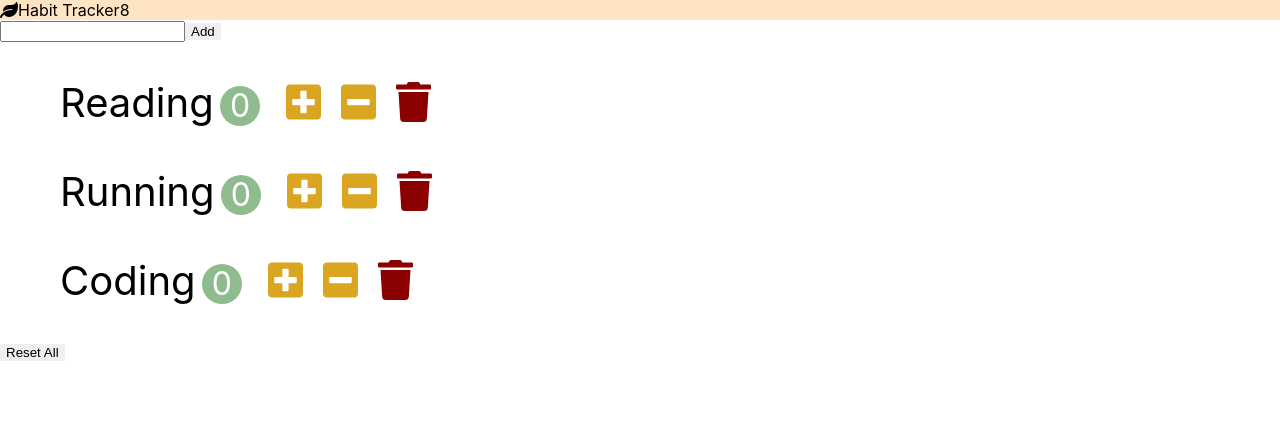
Repository: keehoonjung/react-habit-tracker
Page: / (app in react/habit-tracker/)
The author's editor kept a copy of each file at every save. The page is drawn from the files as they stood at one save, then again after the next save.
The browser window is 1280 px wide. The pictures show the whole page.
The project was rebuilt for these pictures with package versions that can differ from the ones it lists, and the page was loaded fresh each time.

Above is the page before, as saved 2021-08-30 18:28:12.

After the next save:
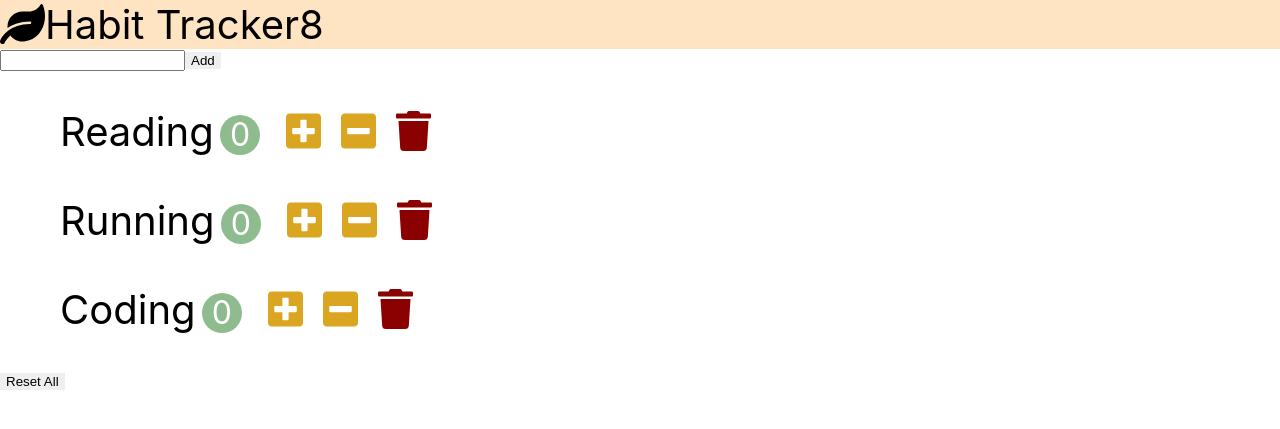
Saved 8 s later.
--- a/react/habit-tracker/src/app.css
+++ b/react/habit-tracker/src/app.css
@@ -6,6 +6,7 @@ button {
 
 .header {
   background-color: bisque;
+  font-size: 2.5rem;
 }
 
 .habit {
